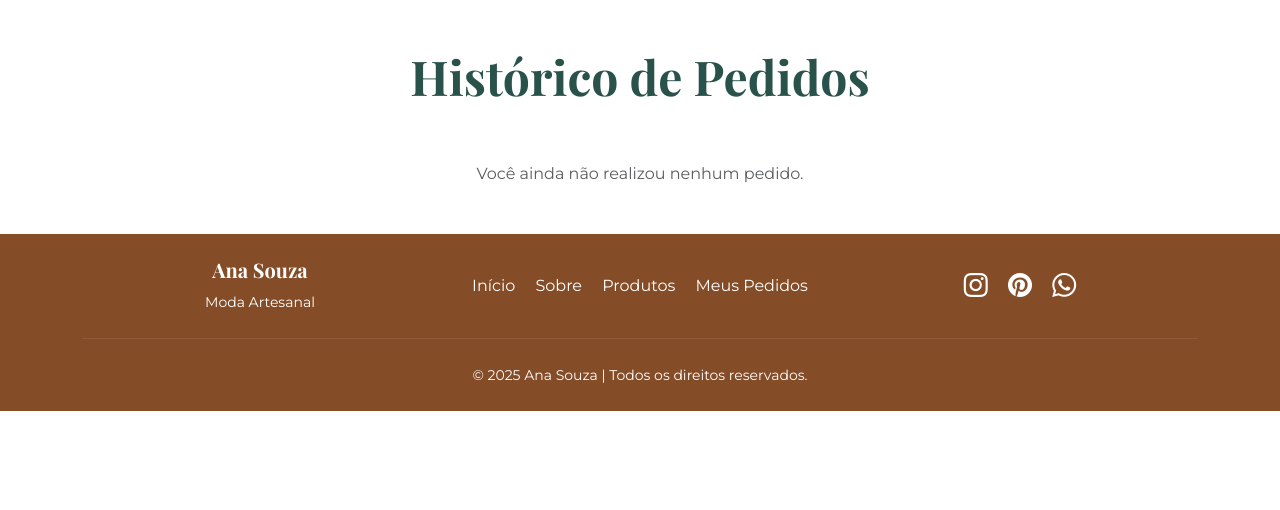
Repository: Lucascsg/projeto-anasouza-frontend
Page: historico.html
The author's editor kept a copy of each file at every save. The page is drawn from the files as they stood at one save, then again after the next save.
The browser window is 1280 px wide. The pictures show the whole page.

Above is the page before, as saved 2025-10-22 11:29:11.

### historico.html
<!DOCTYPE html>
<html lang="pt-br">
<head>
    <meta charset="UTF-8">
    <meta name="viewport" content="width=device-width, initial-scale=1.0">
    <title>Histórico de Pedidos - Ana Souza</title>
    <link href="https://cdn.jsdelivr.net/npm/bootstrap@5.3.2/dist/css/bootstrap.min.css" rel="stylesheet">
    <link rel="stylesheet" href="css/style.css">
    <link rel="stylesheet" href="https://cdn.jsdelivr.net/npm/bootstrap-icons@1.11.1/font/bootstrap-icons.css">
    <link rel="preconnect" href="https://fonts.googleapis.com">
    <link rel="preconnect" href="https://fonts.gstatic.com" crossorigin>
    <link href="https://fonts.googleapis.com/css2?family=Montserrat:wght@400;500;600&family=Playfair+Display:wght@700&family=Great+Vibes&display=swap" rel="stylesheet">
</head>
<body class="bg-white-page">

    <header>
        </header>

    <main class="container my-5">
        <div class="row">
            <div class="col-12 text-center mb-5">
                <h1 class="display-5 fw-bold">Histórico de Pedidos</h1>
            </div>
        </div>

        <div id="lista-historico">
            <p class="text-center text-muted">Você ainda não realizou nenhum pedido.</p>
        </div>
    </main>

    <footer class="py-4 footer-custom">
    <div class="container text-center text-white">
        <div class="row align-items-center">
            <div class="col-md-4 mb-3 mb-md-0">
                <h5 class="text-white">Ana Souza</h5>
                <small>Moda Artesanal</small>
            </div>
            <div class="col-md-4 mb-3 mb-md-0">
                <ul class="list-inline mb-0">
                    <li class="list-inline-item mx-2"><a href="#" class="text-white">Início</a></li>
                    <li class="list-inline-item mx-2"><a href="#sobre" class="text-white">Sobre</a></li>
                    <li class="list-inline-item mx-2"><a href="produtos.html" class="text-white">Produtos</a></li>
                    <li class="list-inline-item mx-2"><a href="historico.html" class="text-white">Meus Pedidos</a></li>
                </ul>
            </div>
            <div class="col-md-4">
                <a href="#" class="text-white fs-4 mx-2"><i class="bi bi-instagram"></i></a>
                <a href="#" class="text-white fs-4 mx-2"><i class="bi bi-pinterest"></i></a>
                <a href="#" class="text-white fs-4 mx-2"><i class="bi bi-whatsapp"></i></a>
            </div>
        </div>
        <hr class="my-4" style="border-color: rgba(255, 255, 255, 0.3);">
        <small>&copy; 2025 Ana Souza | Todos os direitos reservados.</small>
    </div>
</footer>

    <script src="https://cdn.jsdelivr.net/npm/bootstrap@5.3.2/dist/js/bootstrap.bundle.min.js"></script>
    <script src="js/historico.js"></script>
</body>
</html>

### css/style.css
/* =================================== */
/* VARIÁVEIS GLOBAIS E ESTILOS BASE    */
/* =================================== */
:root {
    /* Sua paleta de cores (mantive suas últimas alterações) */
    --cor-base-escura: #854D27;
    --cor-acao-vibrante: #854D27;
    --cor-detalhe-quente: #29524A;
    --cor-texto-escuro: #06070E;

    /* Cores Neutras e de Fundo */
    --cor-fundo-claro: #F8F5F2;
    --cor-texto-claro: #FFFFFF;
}

body {
    font-family: 'Montserrat', sans-serif;
    background-color: #B16262;
    color: var(--cor-texto-escuro);
}

/* Estilo para páginas com fundo branco específico */
body.bg-white-page {
    background-color: #FFFFFF;
}

h1, h2, h3, h4, h5, h6 {
    font-family: 'Playfair Display', serif;
    color: var(--cor-detalhe-quente);
}

/* =================================== */
/* ESTILOS DA BARRA DE NAVEGAÇÃO       */
/* =================================== */
.navbar-custom {
    background-color: var(--cor-base-escura);
}
/* ... (O resto dos estilos da navbar e do logo permanecem como você enviou) ... */
.navbar-brand.logo-text {
    display: flex;
    flex-direction: column;
    justify-content: center;
    padding: 0;
    position: relative;
    top: 2px;
}
.navbar-brand div {
    font-family: 'Great Vibes', cursive;
    font-size: 2.2rem;
    color: #FFD972 !important;
    line-height: 1;
    font-weight: normal;
}
.navbar-brand .logo-subtitle {
    font-family: 'Montserrat', sans-serif;
    font-size: 0.6rem;
    text-transform: uppercase;
    letter-spacing: 0.1em;
    display: block;
    opacity: 0.9;
    color: #FFD972;
    margin-top: -5px;
}
/* ... (outros estilos da navbar que você enviou) ... */
.navbar-custom .navbar-brand img {
    height: 40px;
}
.navbar-custom .nav-link {
    color: var(--cor-texto-claro);
    font-weight: 500;
    text-transform: uppercase;
    font-size: 0.9rem;
    padding: 0.5rem 1rem;
    transition: opacity 0.3s;
}
.navbar-custom .nav-link:hover {
    opacity: 0.8;
}
.navbar-icons a {
    color: var(--cor-texto-claro);
    font-size: 1.2rem;
    transition: opacity 0.3s;
}
.navbar-icons a:hover {
    opacity: 0.8;
}


/* =================================== */
/* ESTILOS DA SEÇÃO HERO (IMAGEM)      */
/* =================================== */
#hero {
    position: relative;
    height: 90vh;
    width: 100%;
    display: flex;
    align-items: center;
    justify-content: center;

    /* --- ATUALIZAÇÃO PARA IMAGEM DE FUNDO --- */
    background: url('../imagens/hero-background.jpg') no-repeat center center/cover;
}

#hero::after {
    content: '';
    position: absolute;
    top: 0;
    left: 0;
    width: 100%;
    height: 100%;
    background: rgba(0, 0, 0, 0.6);
    z-index: 1;
}

#hero .hero-content {
    position: relative;
    z-index: 2;
}

#hero .hero-content h1 {
    font-weight: 700;
    color: var(--cor-texto-claro);
}

#hero .hero-content .btn {
    border-radius: 50px;
    padding: 12px 30px;
    font-weight: 600;
}


/* ... (O resto do seu CSS continua exatamente como você enviou) ... */

/* =================================== */
/* ESTILOS GERAIS DAS SEÇÕES           */
/* =================================== */
section h2 {
    color: var(--cor-detalhe-quente);
    margin-bottom: 1rem;
}

/* =================================== */
/* ESTILOS DA SEÇÃO DE PRODUTOS        */
/* =================================== */
.product-card {
    border: none;
    border-radius: 15px;
    box-shadow: 0 4px 15px rgba(0, 0, 0, 0.08);
    transition: all 0.3s ease-in-out;
}
.product-card:hover {
    transform: translateY(-8px);
    box-shadow: 0 8px 25px rgba(0, 0, 0, 0.12);
}
.product-card .card-title {
    color: var(--cor-texto-escuro);
    font-weight: 600;
}
.product-card .btn {
    border-radius: 50px;
    padding: 8px 25px;
    font-weight: 500;
    border-color: var(--cor-base-escura);
    color: var(--cor-base-escura);
}
.product-card .btn:hover {
    background-color: var(--cor-base-escura);
    color: white;
}

/* =================================== */
/* ESTILOS DA SEÇÃO DE BLOG            */
/* =================================== */
.btn-custom-primary {
    background-color: var(--cor-acao-vibrante);
    color: white;
    border: none;
    border-radius: 50px;
    padding: 10px 30px;
    font-weight: 600;
    transition: all 0.3s;
}
.btn-custom-primary:hover {
    background-color: var(--cor-acao-vibrante);
    color: white;
    opacity: 0.9;
    transform: translateY(-2px);
}
#blog img {
    border-radius: 15px;
}

/* =================================== */
/* ESTILOS DO RODAPÉ (FOOTER)          */
/* =================================== */
.footer-custom {
    background-color: var(--cor-base-escura);
}
.footer-custom a {
    text-decoration: none;
    transition: opacity 0.3s;
}
.footer-custom a:hover {
    opacity: 0.8;
}

/* =================================== */
/* ESTILO DE SEÇÃO EM FORMATO DE CARD  */
/* =================================== */

.section-card {
    background-color: #c3c3c3; /* Fundo branco para o card */
    padding: 3rem 2rem;        /* Espaçamento interno generoso */
    border-radius: 20px;       /* As pontas curvadas que você pediu */
    box-shadow: 0 10px 30px rgba(0, 0, 0, 0.07); /* Sombra sutil para "flutuar" */
}

/* =================================== */
/* Estilos da Página de Produto        */
/* =================================== */

.product-price {
    color: var(--cor-detalhe-quente); /* Usando o verde/marrom dos títulos */
    font-weight: 600;
}

/* =================================== */
/* Estilos da Personalização de Cor    */
/* =================================== */

.seletor-cor {
    width: 32px;
    height: 32px;
    border-radius: 50%; /* Deixa o elemento redondo */
    border: 2px solid #eee;
    cursor: pointer;
    margin-right: 10px;
    margin-bottom: 10px;
    transition: transform 0.2s ease-in-out;
    background-size: cover;
    background-position: center;
}

.seletor-cor:hover {
    transform: scale(1.1); /* Efeito de zoom no hover */
}

/* Estilo para o seletor de cor que está ativo/selecionado */
.seletor-cor.active {
    border-color: var(--cor-base-escura); /* Usa a cor da navbar para destacar */
    box-shadow: 0 0 8px rgba(0, 0, 0, 0.3);
}

/* ============================================= */
/* REFINAMENTO DA PÁGINA DE POST (LEIA MAIS)     */
/* ============================================= */

/* 1. Controlando o tamanho da imagem de destaque */
#post-imagem {
    max-height: 450px; /* Define uma altura máxima para a imagem */
    width: 100%;
    object-fit: cover;   /* Garante que a imagem cubra o espaço sem distorcer */
    border-radius: 15px; /* Bordas mais suaves, combinando com o resto do site */
}

/* 2. Ajustando o Título e a Data */
#post-titulo {
    margin-top: 2.5rem; /* Adiciona mais espaço acima do título */
}

#post-data {
    font-size: 0.8rem;
    text-transform: uppercase;
    letter-spacing: 0.05em; /* Espaçamento entre as letras para um look mais "design" */
}

/* 3. Melhorando a legibilidade do texto do artigo */
#post-conteudo p {
    font-size: 1.1rem;      /* Aumenta um pouco o tamanho da fonte para leitura */
    line-height: 1.8;       /* Aumenta o espaçamento entre as linhas, essencial para textos longos */
    color: #343a40;         /* Um cinza mais escuro para melhor contraste e conforto visual */
}

/* Estilo para os cards de resumo na página de agradecimento */
.summary-item-card {
    background-color: #c3c3c3 !important; /* O cinza que você usou nos section-cards */
    border: none;
    color: var(--cor-texto-escuro); /* Garante que o texto dentro seja escuro */
}

/* =================================== */
/* Estilos para Formulários de Login/Cadastro */
/* =================================== */
.form-container {
    padding: 2rem;
}

@media (min-width: 768px) {
    .form-container {
        padding: 3rem;
    }
}

/* Links personalizados para autenticação */
.link-custom-secondary {
    color: var(--cor-base-escura); /* Usa sua cor base escura */
    text-decoration: underline;
}
.link-custom-secondary:hover {
    color: var(--cor-principal-hover); /* Muda para o hover da cor principal */
    text-decoration: none;
}

### js/historico.js
document.addEventListener('DOMContentLoaded', function() {
    carregarHistorico();
    atualizarContadorCarrinho(); // Garante que o contador do carrinho esteja correto
});

function carregarHistorico() {
    const historico = JSON.parse(localStorage.getItem('historicoPedidos')) || [];
    const containerHistorico = document.getElementById('lista-historico');

    if (historico.length === 0) {
        // A mensagem padrão do HTML será exibida
        return;
    }

    containerHistorico.innerHTML = ''; // Limpa a mensagem padrão

    historico.forEach(pedido => {
        let itensHTML = '<ul class="list-group list-group-flush">';
        pedido.itens.forEach(item => {
            itensHTML += `
                <li class="list-group-item d-flex justify-content-between align-items-center bg-light border-0 px-0">
                    <div>
                        ${item.nome}
                        <small class="text-muted d-block">Cor: ${item.cor} | Qtd: ${item.quantidade}</small>
                    </div>
                    <span>${item.preco}</span>
                </li>
            `;
        });
        itensHTML += '</ul>';

        const pedidoHTML = `
            <div class="card section-card mb-4" data-aos="fade-up">
                <div class="card-header bg-transparent border-bottom-0 pt-3">
                    <h5 class="mb-0">Pedido realizado em: ${pedido.data}</h5>
                </div>
                <div class="card-body">
                    ${itensHTML}
                </div>
                <div class="card-footer bg-transparent border-top-0 pb-3 text-end">
                    <strong>Total: ${formatarMoeda(pedido.total)}</strong>
                </div>
            </div>
        `;
        containerHistorico.innerHTML += pedidoHTML;
    });

    // Inicializa AOS depois de adicionar os cards
    if (typeof AOS !== 'undefined') {
        AOS.init({ once: true }); // 'once: true' faz a animação rodar só uma vez
    }
}


// --- Funções Auxiliares ---
function formatarMoeda(valor) {
    // Verifica se o valor já não é um número antes de tentar formatar
    if (typeof valor !== 'number') {
        console.warn("Valor inválido para formatarMoeda:", valor);
        return "R$ --,--"; // Retorna um placeholder ou trata o erro
    }
    return valor.toLocaleString('pt-br', { style: 'currency', currency: 'BRL' });
}

function atualizarContadorCarrinho() {
    let carrinho = JSON.parse(localStorage.getItem('carrinho')) || [];
    const totalItens = carrinho.reduce((total, item) => total + item.quantidade, 0);
    const contadorElemento = document.getElementById('contador-carrinho');

    if (contadorElemento) {
        if (totalItens > 0) {
            contadorElemento.textContent = totalItens;
            contadorElemento.style.display = 'inline';
        } else {
            contadorElemento.style.display = 'none';
        }
    }
}

After the next save:
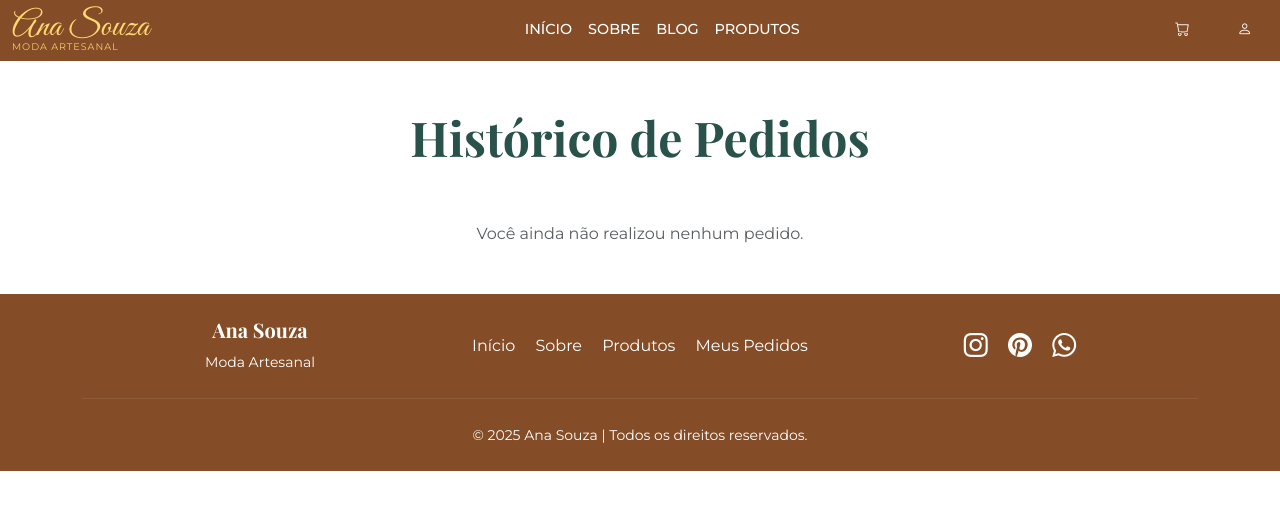
Saved 20 s later.
--- a/historico.html
+++ b/historico.html
@@ -13,8 +13,44 @@
 </head>
 <body class="bg-white-page">
 
-    <header>
-        </header>
+   <header>
+        <nav class="navbar navbar-expand-lg navbar-dark navbar-custom">
+            <div class="container-fluid">
+                <a class="navbar-brand logo-text" href="index.html">
+                    <div>Ana Souza</div>
+                    <small class="logo-subtitle">MODA ARTESANAL</small>
+                </a>
+                <button class="navbar-toggler" type="button" data-bs-toggle="collapse" data-bs-target="#navbarNav" aria-controls="navbarNav" aria-expanded="false" aria-label="Toggle navigation">
+                    <span class="navbar-toggler-icon"></span>
+                </button>
+                <div class="collapse navbar-collapse" id="navbarNav">
+                    <ul class="navbar-nav mx-auto">
+                        <li class="nav-item">
+                            <a class="nav-link active" aria-current="page" href="#">Início</a>
+                        </li>
+                        <li class="nav-item">
+                            <a class="nav-link" href="#sobre">Sobre</a>
+                        </li>
+                        <li class="nav-item">
+                            <a class="nav-link" href="blog.html">Blog</a>
+                        </li>
+                        <li class="nav-item">
+                            <a class="nav-link" href="produtos.html">Produtos</a>
+                        </li>
+                    </ul>
+                    <div class="navbar-icons d-flex">
+                        <a href="carrinho.html" class="nav-link position-relative">
+                            <i class="bi bi-cart"></i>
+                            <span class="badge rounded-pill bg-danger position-absolute top-0 start-100 translate-middle" id="contador-carrinho" style="display: none;">
+                                0
+                            </span>
+                        </a>
+                        <a href="login.html" class="nav-link ms-3"><i class="bi bi-person"></i></a>
+                    </div>
+                </div>
+            </div>
+        </nav>
+    </header>
 
     <main class="container my-5">
         <div class="row">
